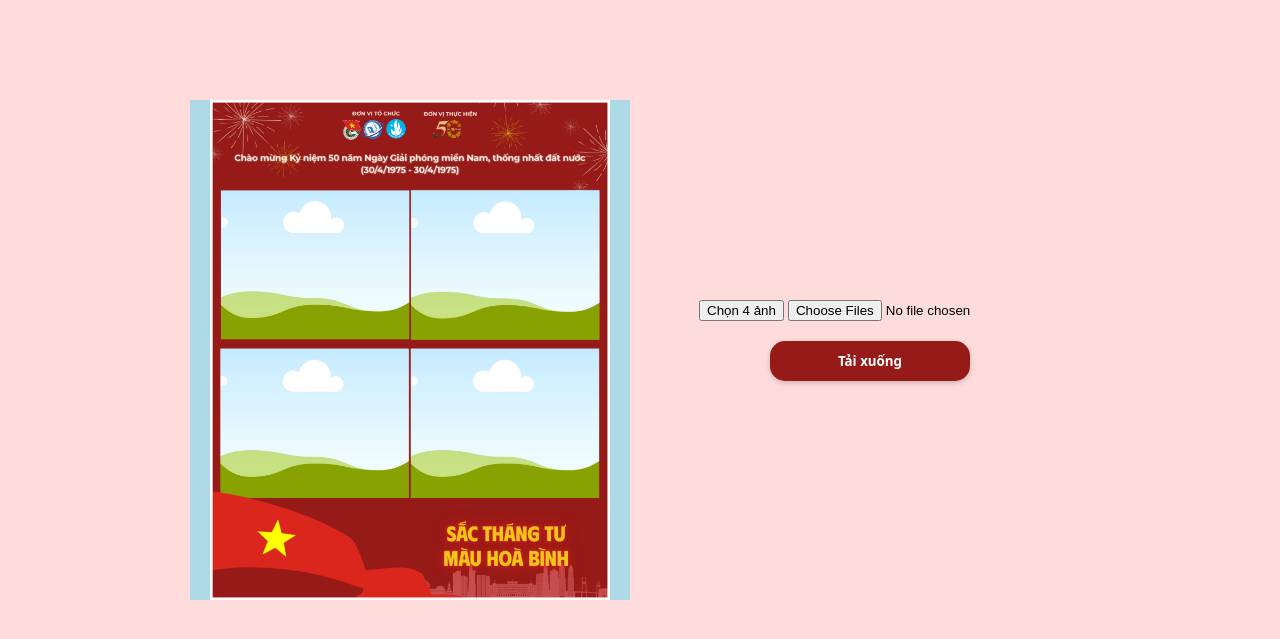
Repository: nguyentambinh/tuoitretdmu
Page: http://localhost/
These files come from the project's save history. The page is drawn as it stood at one moment and after the next save; the edit follows.
The browser window is 1280 px wide. The pictures show the whole page.
The page is run by PHP 8.4 with error messages shown; the project is at /var/www/html/.

Above is the page before, as saved 2025-04-10 13:37:36.

### index.php
<!DOCTYPE html>
<html lang="en">
<head>
    <meta charset="UTF-8">
    <meta name="viewport" content="width=device-width, initial-scale=1.0">
    <link rel="stylesheet" href="main.css">
    <script src="main.js"></script>
    <title></title>
</head>
<body>
    <div class = "container-box">
        <div class="background-box">
            <img src="" alt="" class="img-sub">
            <img src="" alt="" class="img-sub">
            <img src="" alt="" class="img-sub">
            <img src="" alt="" class="img-sub"><img src="" alt="" class="img-sub">
        </div>
        <div class="control-box">
        <div class="input-group mb-[10px] btn-cus">
            <button id="btn-add-picture" class="text-white font-bold custom-cursor-on-hover">
                Chọn 4 ảnh
            </button>
            <input type="file" id="image-choose" name="avatar" accept="image/*" class="hidden" multiple>
        </div>
            <button class="btn-custom btn-dowload-picture">Tải xuống</button>
        </div>
    </div>
</body>
<script>
  // Khi nhấn nút "Chọn 4 ảnh" thì click vào input hidden
  document.getElementById("btn-add-picture").addEventListener("click", function () {
    document.getElementById("image-choose").click();
  });

  // Khi người dùng chọn ảnh
  document.getElementById("image-choose").addEventListener("change", function (e) {
    const files = e.target.files;

    for (let i = 0; i < 4; i++) {
      const img = document.getElementById(`img-choosen-${i + 1}`);

      if (files[i]) {
        const reader = new FileReader();
        reader.onload = function (event) {
          img.src = event.target.result;
        };
        reader.readAsDataURL(files[i]);
      } else {
        // Nếu thiếu ảnh thì giữ placeholder
        img.src = "./data/placeholder.jpg";
      }
    }
  });
</script>

</html>

### main.css
body {
    background-color: #ffdcdc;
    margin: 0;
    padding: 0;
    display: flex;
    justify-content: center;
    margin-top: 100px;
}

.container-box {
    display: grid;
    grid-template-columns: 1fr 1fr;
    gap: 20px;
    width: 900px;
    max-width: 100%;
}

@media screen and (max-width: 720px) {
    .container-box {
        grid-template-columns: 1fr;
        grid-template-rows: auto auto;
        width: 100%;
        padding: 0 10px;
    }

    .control-box {
        align-items: center;
    }
    .btn-custom{

    }
}

.background-box {
    display: flex;
    justify-content: center;
    align-items: center;
    background-position: center;
    background-image: url('./picture/FRAMEPHOTOBOOTH304.png');
    background-size: contain;
    background-repeat: no-repeat;
    background-color: lightblue;
    width: 100%;
    height: 500px;
}

.control-box {
    display: flex;
    flex-direction: column;
    align-items: center;
    justify-content: center;
}

.btn-custom {
    background-color: #961A17;
    border-radius: 15px;
    font-weight: bold;
    font-family: system-ui;
    width: 200px;
    height: 40px;
    color: white;
    margin: 20px 0;
    border: none;
    box-shadow: 0 2px 5px rgba(0,0,0,0.2);
    cursor: pointer;
}

Loaded but not shown: main.js (no copy from this time; the picture is the same without it)

After the next save:
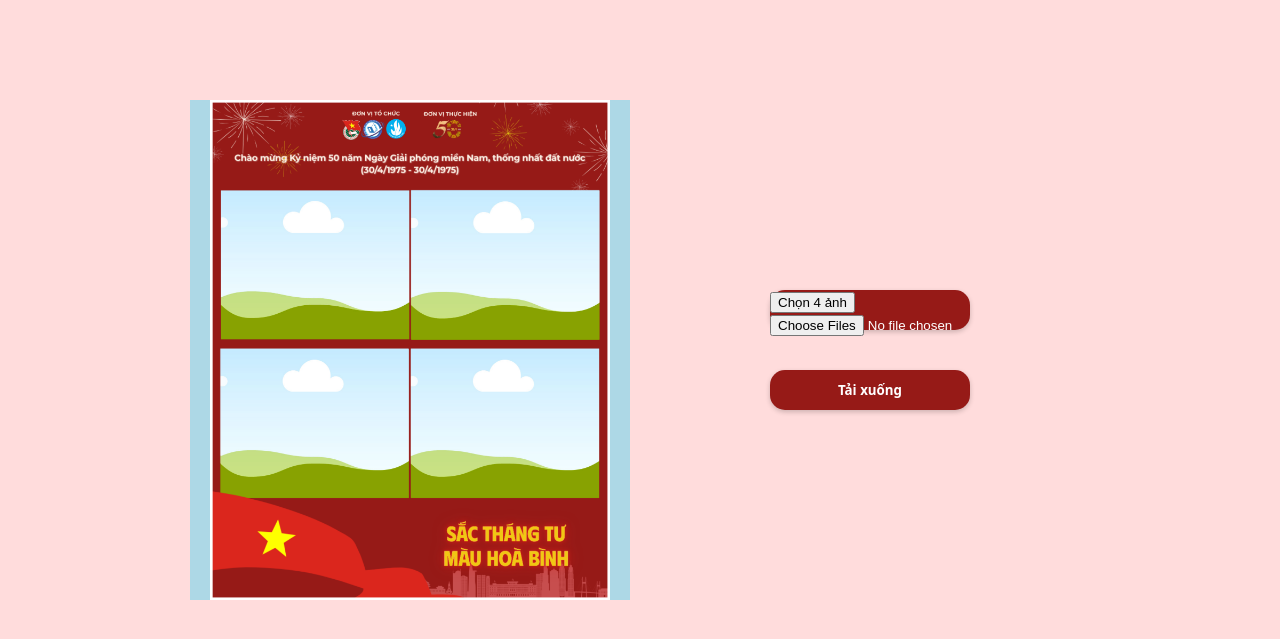
Saved 5 s later.
--- a/index.php
+++ b/index.php
@@ -16,7 +16,7 @@
             <img src="" alt="" class="img-sub"><img src="" alt="" class="img-sub">
         </div>
         <div class="control-box">
-        <div class="input-group mb-[10px] btn-cus">
+        <div class="input-group mb-[10px] btn-custom">
             <button id="btn-add-picture" class="text-white font-bold custom-cursor-on-hover">
                 Chọn 4 ảnh
             </button>
